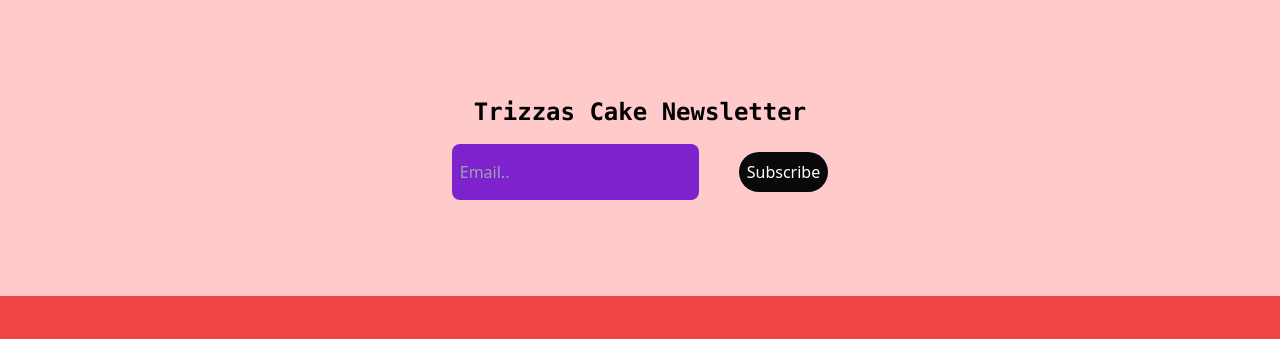
Repository: Semanmernstack/mailchimp-newsletter
Page: /
An editor plug-in stored every save of this project. The page is shown before and after the next save, followed by the edit.
The browser window is 1280 px wide. The pictures show the whole page.
The project was rebuilt for these pictures with package versions that can differ from the ones it lists, and the page was loaded fresh each time. The framework's server and built-in components were replaced by stand-ins that run in the browser. Also part of the build but not shown: next.config.js.

Above is the page before, as saved 2023-05-26 02:41:34.

After the next save:
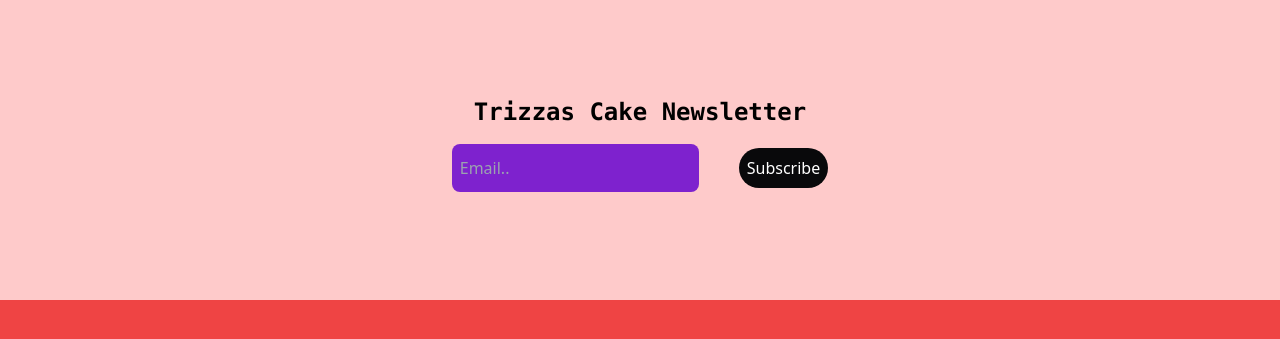
Saved 29 min 47 s later.
--- a/app/components/Mailing.tsx
+++ b/app/components/Mailing.tsx
@@ -36,7 +36,7 @@
                     value={input}
                     onChange={(e) => setInput(e.target.value)}
                     required
-                    className="outline-none text-white bg-purple-700 h-14 p-2 rounded-lg mr-10 border-none from-fuchsia-400 "
+                    className="outline-none text-white bg-purple-700 h-12 mb-3 p-2 rounded-lg mr-10 border-none from-fuchsia-400 "
 
                  />
                  <button className="cursor-pointer text-white bg-zinc-950 p-2 rounded-3xl " type='submit'  disabled={!input}    >
